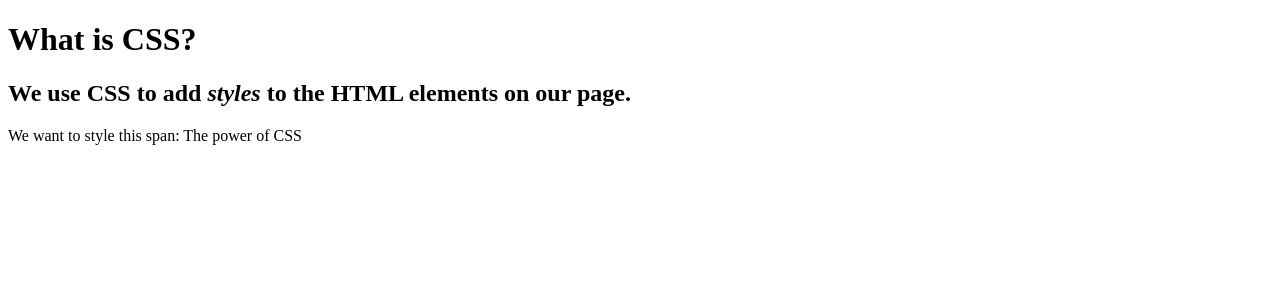
Repository: 3EyEdRav3n/10-2020-cohort-course
Page: week-1/day-3/index.html
These files come from the project's save history. The page is drawn as it stood at one moment and after the next save; the edit follows.
The browser window is 1280 px wide. The pictures show the whole page.

Above is the page before, as saved 2020-10-28 19:53:17.

### week-1/day-3/index.html
<!DOCTYPE html>
<html lang="en">
  <head>
    <meta charset="UTF-8" />
    <meta name="viewport" content="width=device-width, initial-scale=1.0" />
    <title>Document</title>
  </head>
  <body>
    <h1>What is CSS?</h1>
    <h2>We use CSS to add <em>styles</em> to the HTML elements on our page.</h2>

    <p>We want to style this span: <span>The power of CSS</span></p>
  </body>
</html>

After the next save:
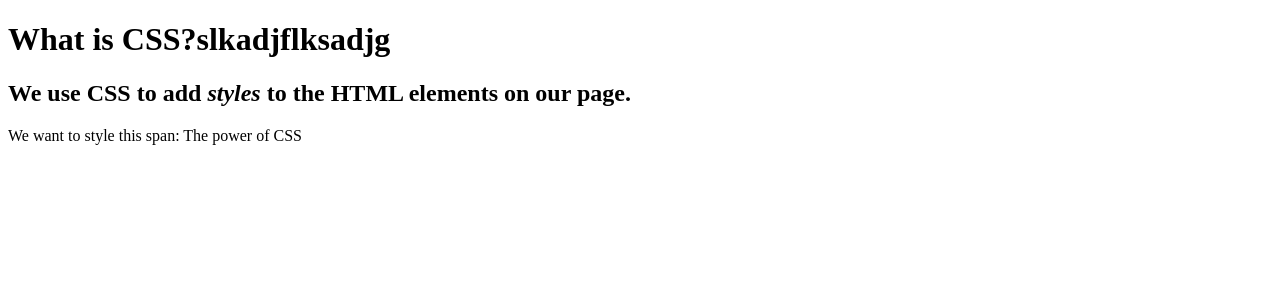
Saved 2 min 30 s later.
--- a/week-1/day-3/index.html
+++ b/week-1/day-3/index.html
@@ -6,7 +6,7 @@
     <title>Document</title>
   </head>
   <body>
-    <h1>What is CSS?</h1>
+    <h1>What is CSS?slkadjflksadjg</h1>
     <h2>We use CSS to add <em>styles</em> to the HTML elements on our page.</h2>
 
     <p>We want to style this span: <span>The power of CSS</span></p>
